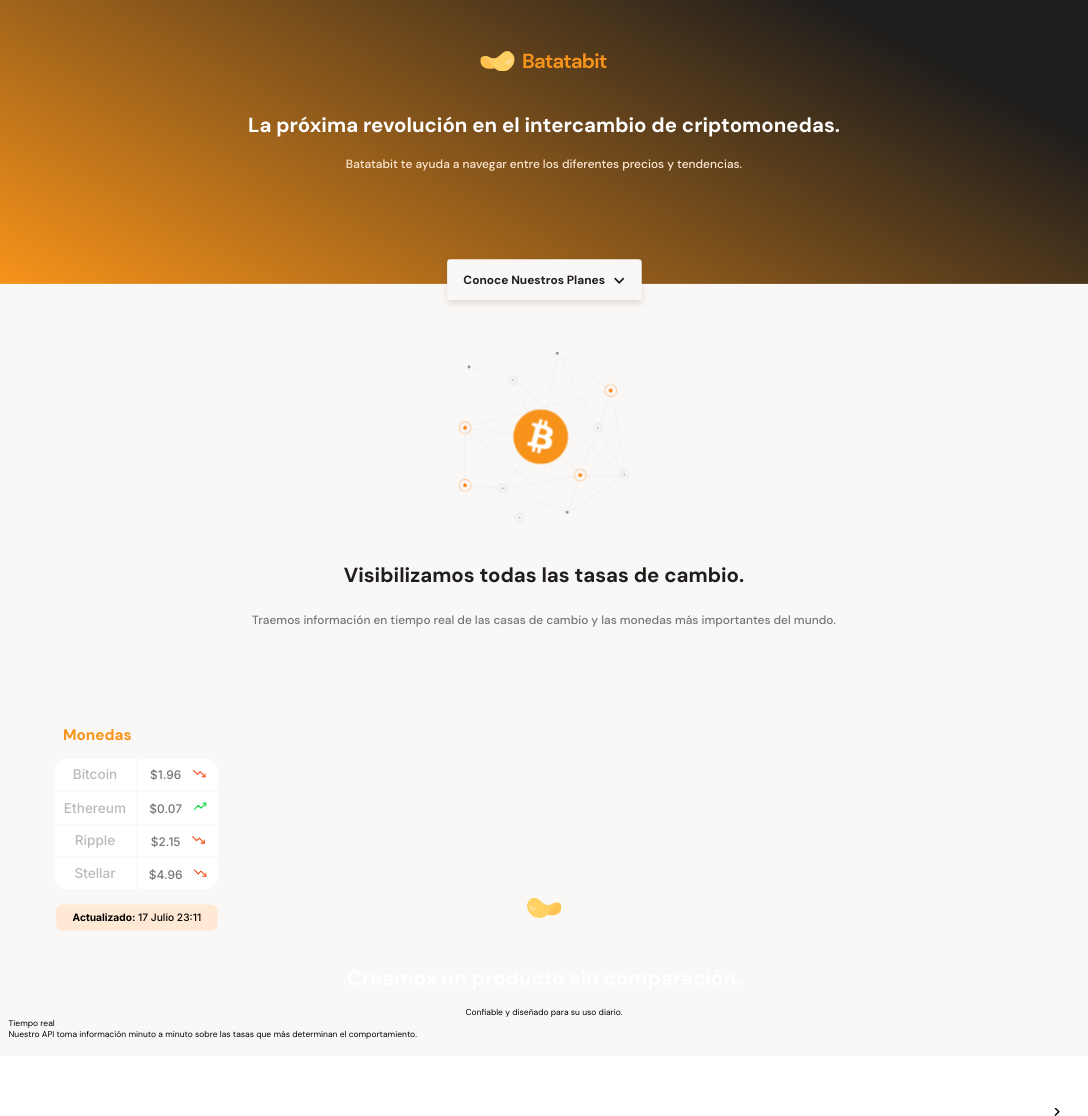
Repository: Pandrea-hub/Batatabit
Page: index.html
These files come from the project's save history. The page is drawn as it stood at one moment and after the next save; the edit follows.
The browser window is 1280 px wide. The pictures show the whole page, at 85% of full size.

Above is the page before, as saved 2022-04-11 09:15:55.

### index.html
<!DOCTYPE html>
<html lang="en">
<head>
    <meta charset="UTF-8">
    <meta http-equiv="X-UA-Compatible" content="IE=edge">
    <meta name="viewport" content="width=device-width, initial-scale=1.0">
    <title>Document</title>
    <link rel="preconnect" href="https://fonts.googleapis.com">
    <link rel="preconnect" href="https://fonts.gstatic.com" crossorigin>
    <link href="https://fonts.googleapis.com/css2?family=DM+Sans:wght@400;500;700&family=Inter:wght@300;500;700&display=swap" rel="stylesheet">
    <link rel="stylesheet" href="./style.css">
</head>
<body>


    <header>

        <img src="./assets/img/logo.svg" alt="Logo del header donde estara una patata y el nombre que es Batatabit"/>
        <div class="header--title-container">
            <h1>La próxima revolución en el intercambio de criptomonedas.</h1>
            <p>Batatabit te ayuda a navegar entre los diferentes precios y tendencias.</p>
            <a href="" class="header--button">Conoce Nuestros Planes<span></span></a>
        </div>
    </header>


    <main>
        <section class="main-exchange--container">
            <div class="backgroungImg"></div>
            <div class="main-exchange--container--title">
                <h2>Visibilizamos todas las tasas de cambio.</h2>
                <p>Traemos información en tiempo real de las casas de cambio y las monedas más importantes del mundo.</p>
            </div>

            <section class="main-tables-container">
                <div class="main-currency-table">



                    <div class="currenty-table">

                        <div class="container-arrow--left" id="arrow-left"></div>

                        <div class="currency-table--container" id="table-1">
                            <p class="currency-table--title" id="title-1">Monedas</p>
                            <table>
                                <tr>
                                    <tr>
                                        <td class="table__top--left">Bitcoin</td>
                                        <td class="table__top--right table__right">$1.96 <span class="down"></span></td>
                                    </tr>
                                    <tr>
                                        <td>Ethereum</td>
                                        <td class="table__right">$0.07 <span class="up"></span></td>
                                    </tr>
                                    <tr>
                                        <td>Ripple</td>
                                        <td class="table__right">$2.15 <span class="down"></span></td>
                                    </tr>
                                    <tr>
                                        <td class="table__bottom--left">Stellar</td>
                                        <td class="table__bottom-right table__right">$4.96 <span class="down"></span></td>
                                    </tr>
                                </tr>
                            </table>
                        </div>


                        <div class="currency-table--container" id="table-2">
                            <p class="currency-table--title" id="title-2">Comisiones</p>
                            <table>
                                <tr>
                                    <tr>
                                        <td class="table__top--left">Bitrade</td>
                                        <td class="table__top--right table__right">$ 12.96</td>
                                    </tr>
                                    <tr>
                                        <td>Bitpreco</td>
                                        <td class="table__right">$ 13.07</td>
                                    </tr>
                                    <tr>
                                        <td>Novadax</td>
                                        <td class="table__right">$ 13.15</td>
                                    </tr>
                                    <tr>
                                        <td class="table__bottom--left">Coinext</td>
                                        <td class="table__bottom-right table__right">$ 14.96</td>
                                    </tr>
                                </tr>
                            </table>
                        </div>

                        <div class="container-arrow" id="arrow-right"></div>

                    </div>

                    <div class="currency-table--date" id="table-date">
                        <p><b>Actualizado:</b> 17 Julio 23:11 </p></p>
                    </div>

                </div>
            </section>
        </section>

    <script>
        const arrow_right = document.getElementById("arrow-right")
        const arrow_left = document.getElementById("arrow-left")
        const table_1 = document.getElementById("table-1")
        const table_2 = document.getElementById("table-2")
        const date = document.getElementById("table-date");


        arrow_right.onclick = function(){
            arrow_right.style.display="none";
            table_1.style.display = "none"
            table_2.style.display = "grid"
            arrow_left.style.display = "block"
            date.style.backgroundColor="#E7F5FF";
        }
        arrow_left.onclick = function(){
            arrow_left.style.display="none";
            table_1.style.display = "grid"
            table_2.style.display = "none"
            arrow_right.style.display = "block"
            date.style.backgroundColor="#FFE9D4";
        }
    </script>


        <section class="main-product--detail">
            <span class="product-detail--batata-logo"></span>
            <div class="product-detail--title">
                <h2>Creamos un producto sin comparación.</h2>
                <p>Confiable y diseñado para su uso diario.</p>
            </div>
            <section class="product-cards--container">
                <article class="product-detail--card">
                    <span class="clock"></span>
                    <p class="product-card--title">Tiempo real</p>
                    <p class="product-card--body">Nuestro API toma información minuto a minuto sobre las tasas que más determinan el comportamiento.</p>
                </article>
            </section>

        </section>



        <section></section>



        <section></section>
    </main>

    <footer></footer>

</body>
</html>

### style.css
/*
1. Position
2. Box model
3. typography
4. Visual themes
5. Others
*/

:root{
    --bitcoin-orange:#F7931A;
    --soft-orange:#FFE9D4;
    --secondary-blue:#1A9AF7;
    --soft-blue:#E7F5FF;
    --warm-black:#201E1C;
    --black: #201e1c;
    --grey: #bababa;
    --off-white: #faf8f7;
    --just-white: #fff;
}

*{
    padding: 0;
    margin: 0;
    box-sizing: border-box;
}


html{
    font-size: 62.5%;
    font-family: "DM Sans", sans-serif;
}

header{
    position: relative;
    display: flex;
    flex-direction:column;
    justify-content: center;
    width: 100%;
    height: 334px;
    min-width: 320px;
    text-align: center;
    background: linear-gradient(207.8deg, #201E1C 16.69%, #F7931A 100%);

}

header img{
    width: 150px;
    height: 24px;
    margin-top: 60px;
    align-self: center;
}

.header--title-container{
    width: 90%;
    min-width: 288px;
    max-width: 900px;
    height: 218px;
    margin-top: 50px;
    text-align: center;
    align-self:center;
}

.header--title-container h1{
    font-size: 2.4rem;
    font-weight: bold;
    line-height: 2.6rem;
    color: var(--just-white);
}

.header--title-container p{
    font-size: 1.4rem;
    font-weight: 500;
    line-height: 1.8rem;
    color:var(--soft-orange);
    margin-top: 2.4rem;
}


.header--title-container .header--button{
    left: calc(50% - 229px/2);
    position: absolute;
    top: 270px;
    display: block;
    margin-top: 35px;
    padding: 15px;
    width: 229px;
    height: 48px;
    background-color: var(--off-white);
    /* Box shadow */
    box-shadow: 0px 4px 8px rgba(89, 73, 30, 0.16);
    border-radius: 4px;
    font-weight: bold;
    font-size: 14px;
    line-height: 18px;
    color:var(--warm-black);
    text-decoration: none;
}

.header--button span{
    display: inline-block;
    width: 13px;
    height: 8px;
    margin-left: 10px;
    background-image: url('./assets/icons/down-arrow.svg');
}

main{
    width: 100%;
    height: auto;
    background-color:var(--off-white);
    min-width: 320px;
}


.main-exchange--container{
    width: 100%;
    height: auto;
    padding-top: 80px;
    padding-bottom: 30px;
    text-align: center;
}

.main-exchange--container--title{
    width: 100%;
    min-width: 288px;
    max-width: 900px;
    margin: 0 auto;
}

.main-exchange--container .backgroungImg{
    width: 200px;
    height: 200px;
    margin: 0 auto;
    margin-bottom: 50px;
    background-image: url(./assets/img/bitcoin.svg);
    background-size: cover;
    background-position: center;
    background-repeat: no-repeat;
}


.main-exchange--container--title h2{
    margin-bottom: 30px;
    font-size: 2.4rem;
    font-weight: bold;
    line-height: 2.6rem;
    align-self:center;
    color:var(--warm-black);
}


.main-exchange--container--title p{
    margin-bottom: 30px;
    font-size: 1.4rem;
    line-height: 1.8rem;
    font-weight: 500;
    color:#757575;
}



.main-currency-table{
    display: flex;
    flex-direction: column;
    width: 70%;
    min-width: 235px;
    max-width: 500px;
    height: 240px;
    margin: 0 auto;
    font-family: "Inter", sans-serif;
}

.main-currency-table .currency-table--title{
    width: 81px;
    height: 23px;
    left: 74px;
    top: 854px;
    position: absolute;
    margin-bottom: 15px;
    font-size: 1.8rem;
    font-weight: bold;
    line-height: 2.3rem;
    font-family: "DM Sans";
    color:var(--bitcoin-orange);
    position: absolute;

}


.currency-table--container{
    width: 90%;
    min-width: 230px;
    max-width: 300px;
    height: 90px;


}

.currency-table--container table{
    width: 100%;
    height: 100%;
    width: 197px;
    height: 159px;
    left: 62px;
    top: 889px;
    margin: 0 auto;
    position: absolute;
}


.currency-table--container td{
    width: 50%;
    font-size: 1.6rem;
    font-weight: 500;
    line-height: 1.9rem;
    color:var(--grey);
    background-color:var(--just-white);
    margin: 0px 10px;

}

.table__top--left{
    border-radius: 15px 0 0 0;
}

.table__top--right{
    border-radius:0 15px 0 0;
}


.table__bottom-right{
    border-radius:0 0 15px 0;
}

.table__bottom--left{
    border-radius:0 0 0 15px;
}

.currency-table--container .table__right{
    font-size: 1.4rem;
    font-weight: normal;
    line-height: 1.7rem;
    color:#757575;
}


.currency-table--container .down{
    display: inline-block;
    width: 15px;
    height: 15px;
    margin-left: 10px;
    background-image:url("./assets/icons/trending-down.svg");
    background-size:cover;
    background-repeat:no-repeat;
}

.currency-table--container .up{
    display: inline-block;
    width: 15px;
    height: 15px;
    margin-left: 10px;
    background-image:url("./assets/icons/trending-up.svg");
    background-size:cover;
    background-repeat:no-repeat;
}


.currenty-table{
    display: grid;
    grid-template-columns: 1fr 1fr 1fr;
}


.container-arrow{
    height: 10px;
    width: 12px;
    background-image: url("../assets/icons/right-arrow.svg");
    background-repeat: no-repeat;
    background-size: contain;
    background-position: center;
    position: absolute;
    margin-top:41.8%;
    right: 31px;
    cursor: pointer;
}


.container-arrow--left{
    display: none;
    height: 10px;
    width: 12px;
    background-image: url("../assets/icons/left-arrow.svg");
    background-repeat: no-repeat;
    background-size: contain;
    background-position: center;
    position: absolute;
    margin-top: 41.8%;
    left: 32px;
    cursor: pointer;
}


#title-2{
    color:var(--secondary-blue);
}



.currency-table--date{
    margin: 0 auto;
    font-size: 12px;
    position: absolute;
    width: 190px;
    height: 31px;
    left: 66px;
    top: 1064px;
    padding: 8px;
    background-color:var(--soft-orange);
    border-radius:8px;
}

#table-2{
    display: none;
}

.main-product--detail{
    position: relative;
    width: 100%;
    min-width: 320px;
    height: auto;
    padding: 20px 10px;
    background-image:var(--warm-black);
    margin-top: 30px;
}


.product-detail--batata-logo{
    left: calc(50% - 20px);
    top: -12.5px;
    position: absolute;
    width: 40px;
    height: 25px;
    background-image:url("./assets/icons/batata.svg");
}


.product-detail--title{
    width: 90%;
    min-width: 288px;
    height: auto;
    margin: 0 auto;
    margin-top: 50px;
    text-align: center;
}


.product-detail--title h2{
    margin-bottom: 20px;
    font-size: 2.4rem;
    font-weight: bold;
    line-height: 2.6rem;
    color:var(--just-white);

}

.product-detail--title h2{

}

After the next save:
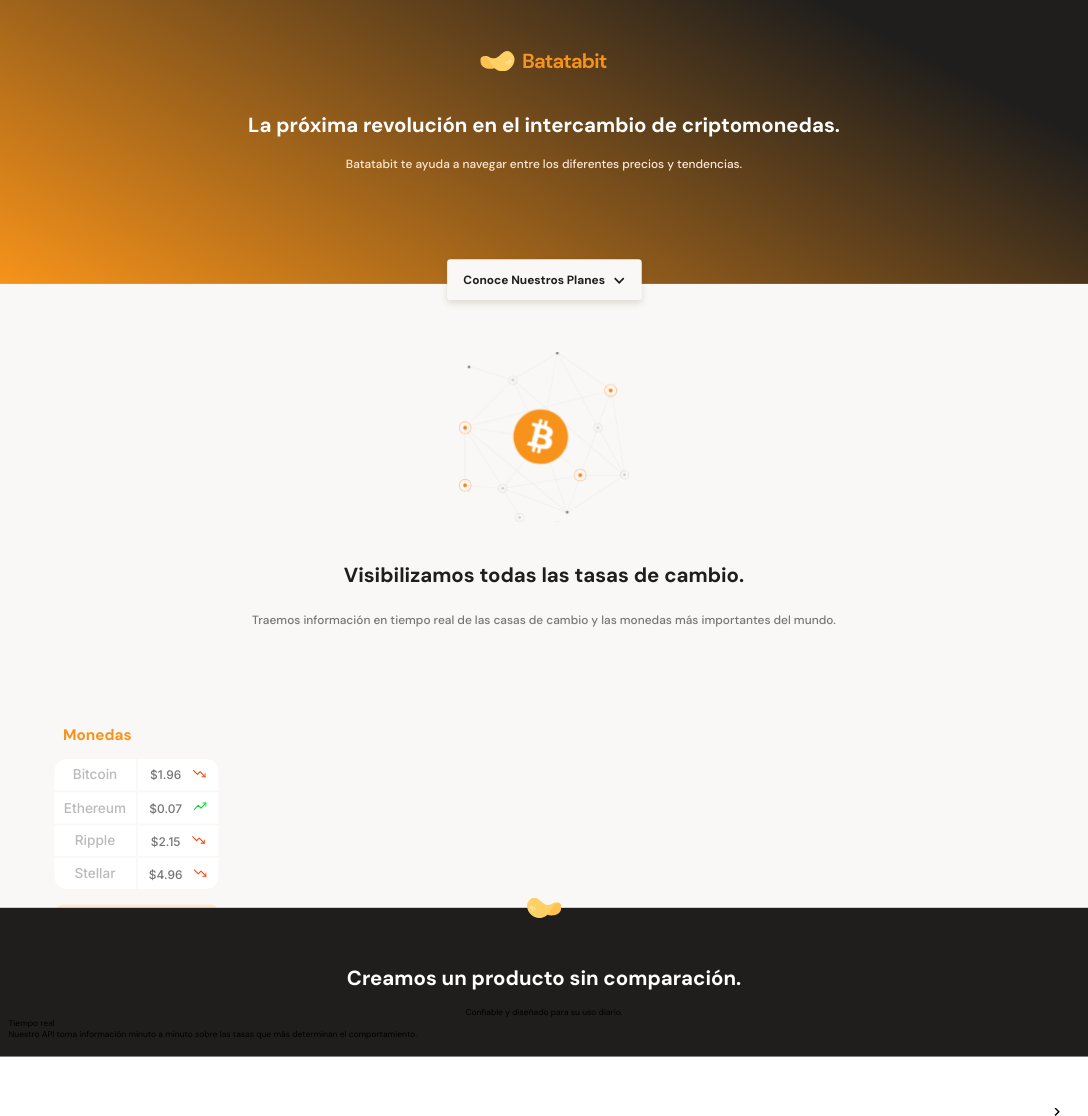
Saved 19 s later.
--- a/style.css
+++ b/style.css
@@ -329,7 +329,7 @@
     min-width: 320px;
     height: auto;
     padding: 20px 10px;
-    background-image:var(--warm-black);
+    background-color:var(--warm-black);
     margin-top: 30px;
 }
 
